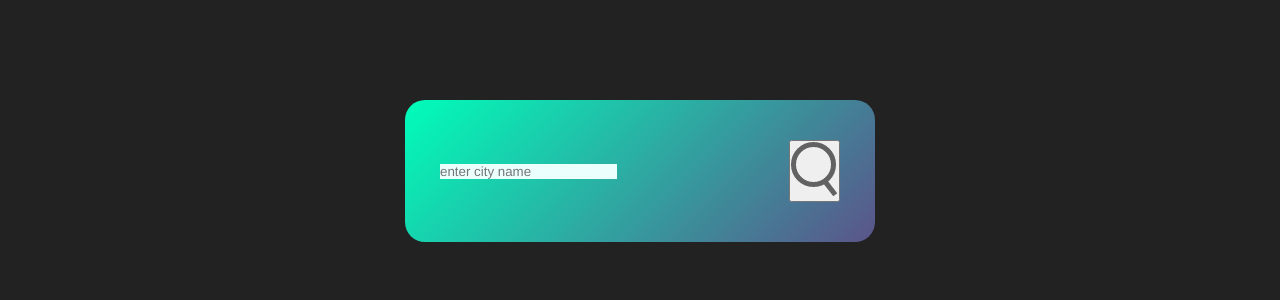
Repository: sodmaq/weatherApp
Page: index.html
These files come from the project's save history. The page is drawn as it stood at one moment and after the next save; the edit follows.
The browser window is 1280 px wide. The pictures show the whole page.

Above is the page before, as saved 2023-06-24 22:04:54.

After the next save:
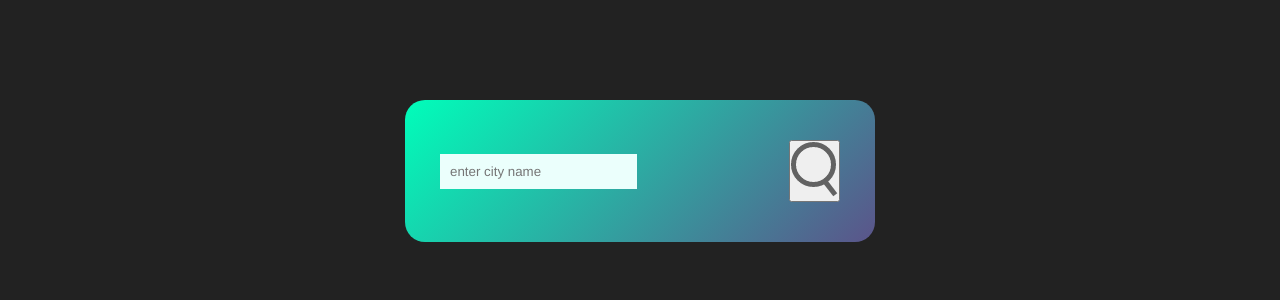
Saved 4 s later.
--- a/style.css
+++ b/style.css
@@ -30,5 +30,5 @@
     outline: 0;
     background: #ebfffc;
     color: #555;
-    padding: 10;
+    padding: 10px;
 }

After the save that followed:
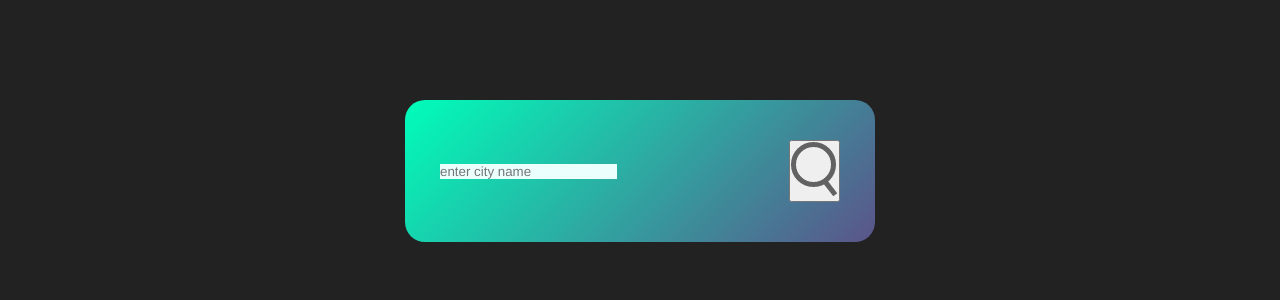
Saved 4 s later.
--- a/style.css
+++ b/style.css
@@ -30,5 +30,5 @@
     outline: 0;
     background: #ebfffc;
     color: #555;
-    padding: 10px;
+    padding: 10px 2;
 }
